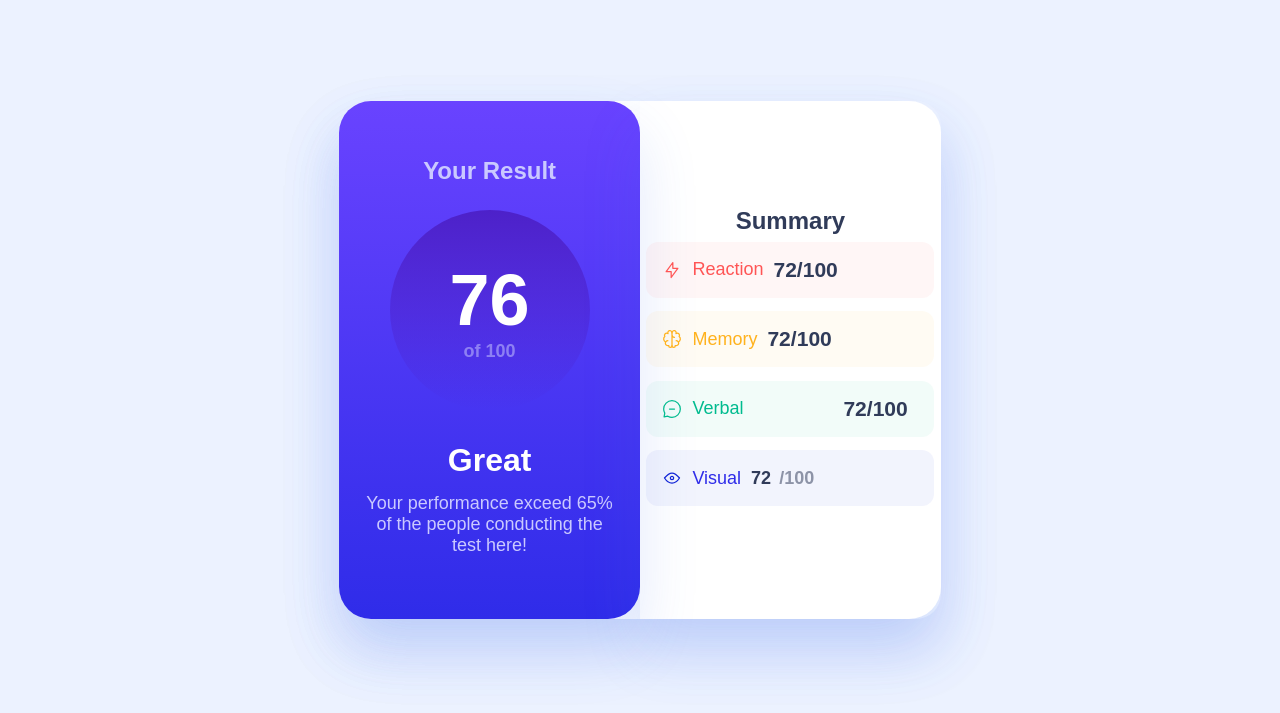
Repository: KamoliddinGIT/result-summary
Page: index.html
These files come from the project's save history. The page is drawn as it stood at one moment and after a run of saves; the edit follows.
The browser window is 1280 px wide. The pictures show the whole page.
Some web fonts or font styles are not loaded; a fallback is used.

Above is the page before, as saved 2023-09-08 16:16:03.

After the next 3 saves:
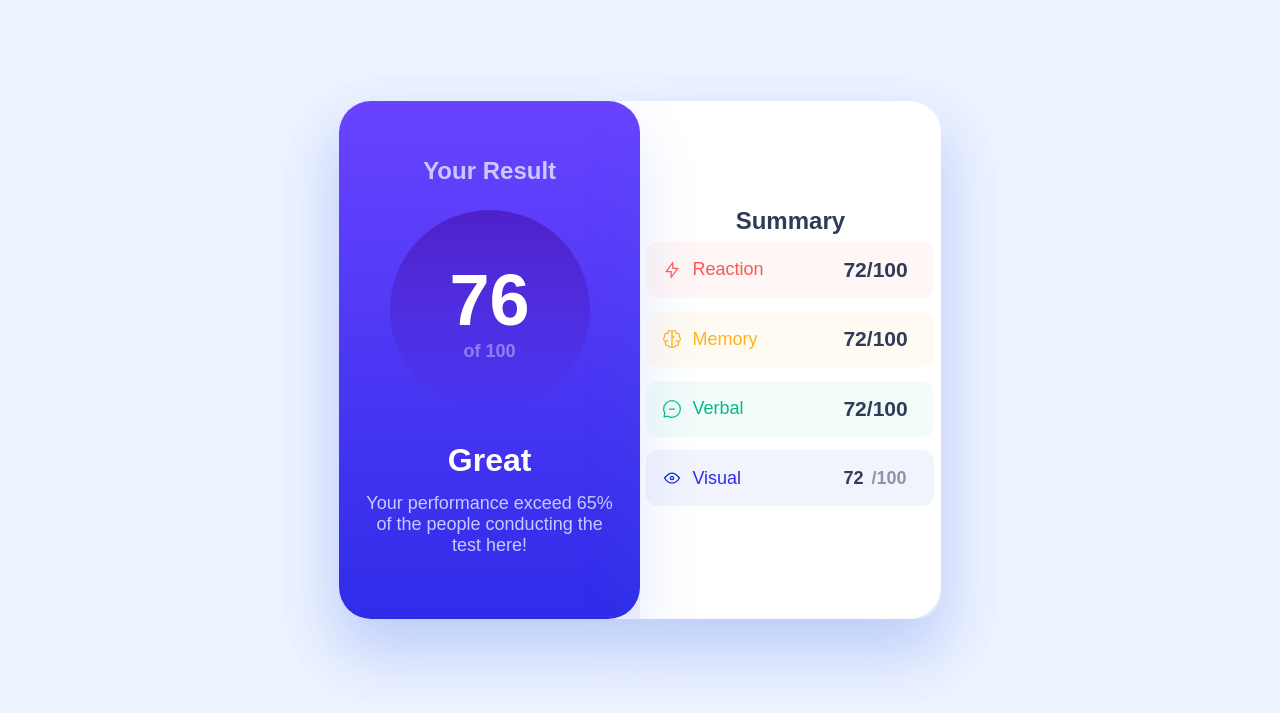
The 3 saves are shown as one change because they came seconds apart.
The last was saved 21 s later.
--- a/css/style.css
+++ b/css/style.css
@@ -172,6 +172,7 @@ body {
 }
 
 .summary__stats__item__1 h2 {
+  width: 141px;
   font-size: 18px;
   color: #f55;
   font-weight: normal;
@@ -189,6 +190,7 @@ body {
 }
 
 .summary__stats__item__2 h2 {
+  width: 141px;
   font-size: 18px;
   color: #ffb21e;
   font-weight: normal;
@@ -224,6 +226,7 @@ body {
 }
 
 .summary__stats__item__4 h2 {
+  width: 141px;
   font-size: 18px;
   color: #2f2ce9;
   font-weight: normal;
